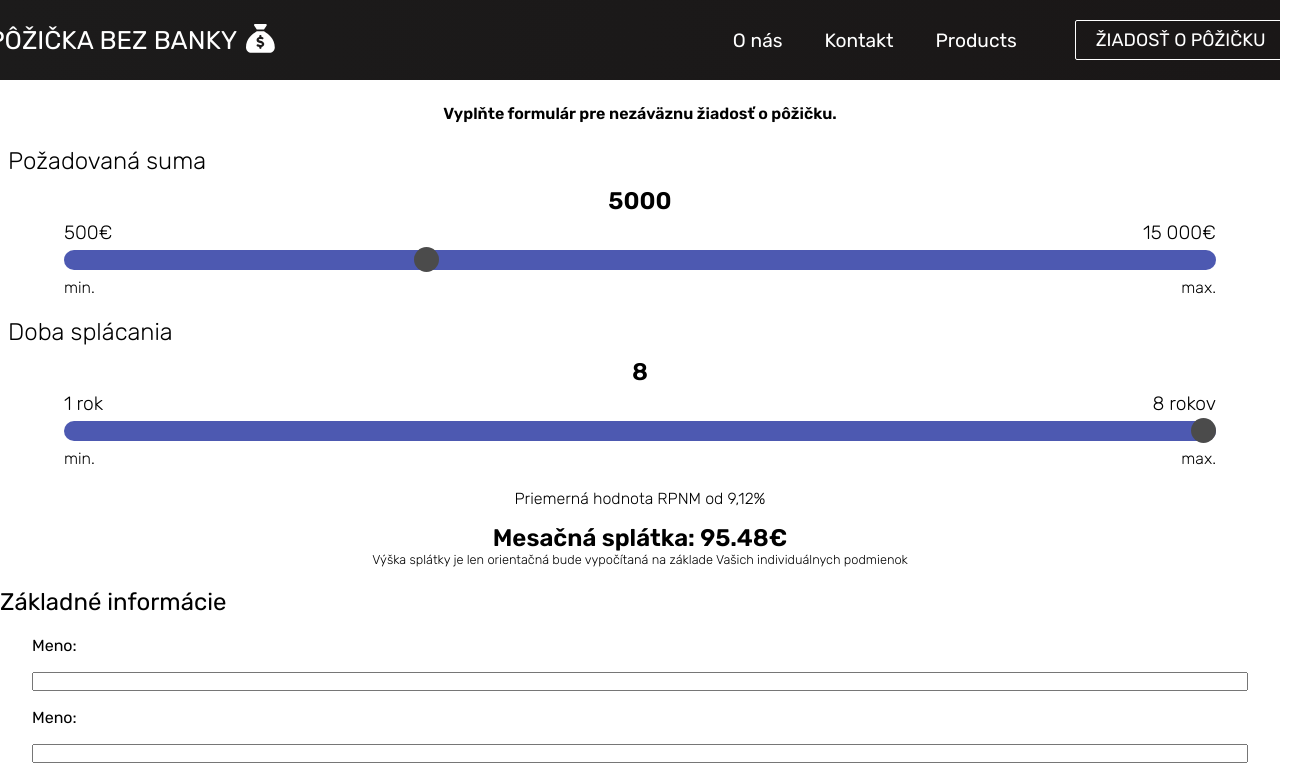
Repository: steve-lgtm/React-website-pozickabezbanky
Page: /ziadost
These files come from the project's save history. The page is drawn as it stood at one moment and after the next save; the edit follows.
The browser window is 1280 px wide. The page is 1305 px wide, so the pictures cover 1305 px, including what lies to the right of the window. The pictures show the whole page.
Some web libraries are served in a nearby version. The project was rebuilt for these pictures with package versions that can differ from the ones it lists, and the page was loaded fresh each time. Also part of the build but not shown: src/components/pages/Home.js, src/components/pages/Kontakt.js, src/components/pages/Products.js.

Above is the page before, as saved 2022-07-09 00:13:18.

After the next save:
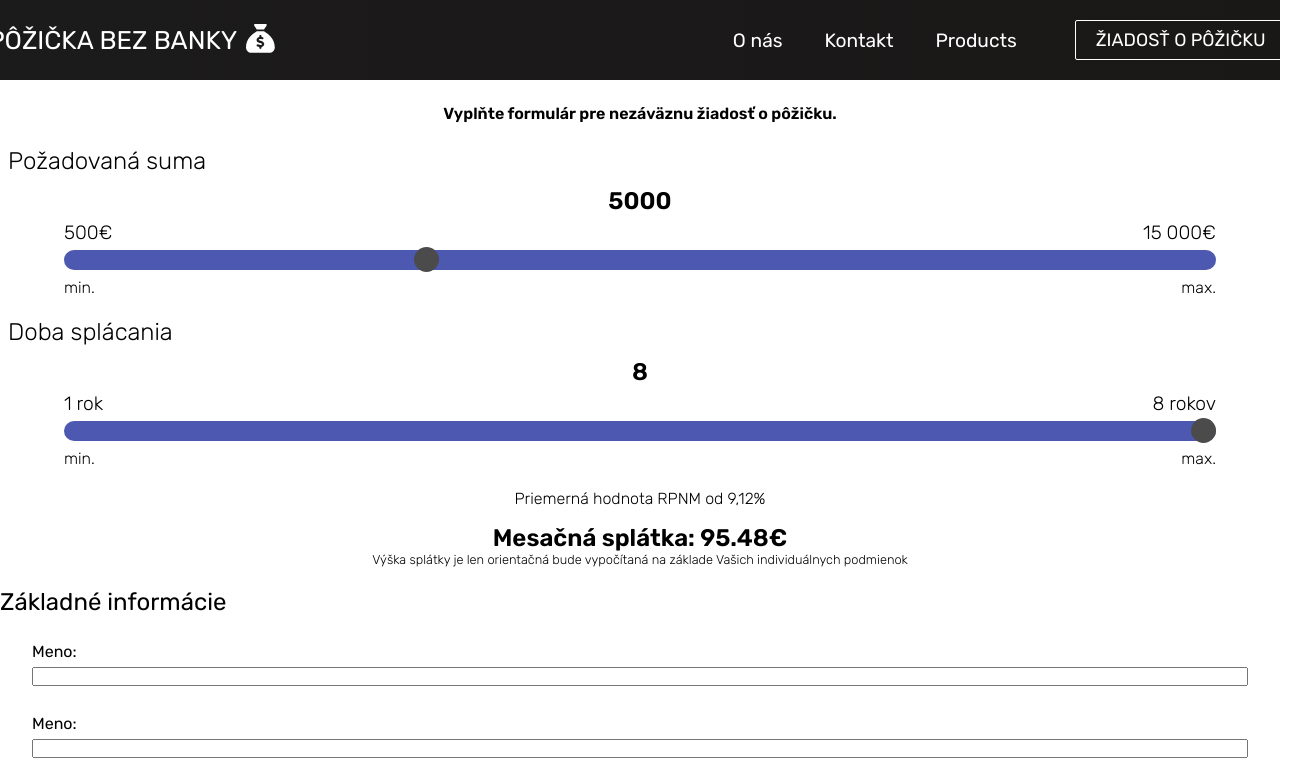
Saved 6 s later.
--- a/src/components/pages/Ziadost.css
+++ b/src/components/pages/Ziadost.css
@@ -89,6 +89,6 @@ font-weight: 300;
     display: flex;
     flex-direction: column;
     justify-content:space-around;
-    height: 10vh;
+    height: 7vh;
     margin: 0 2em;
 }
